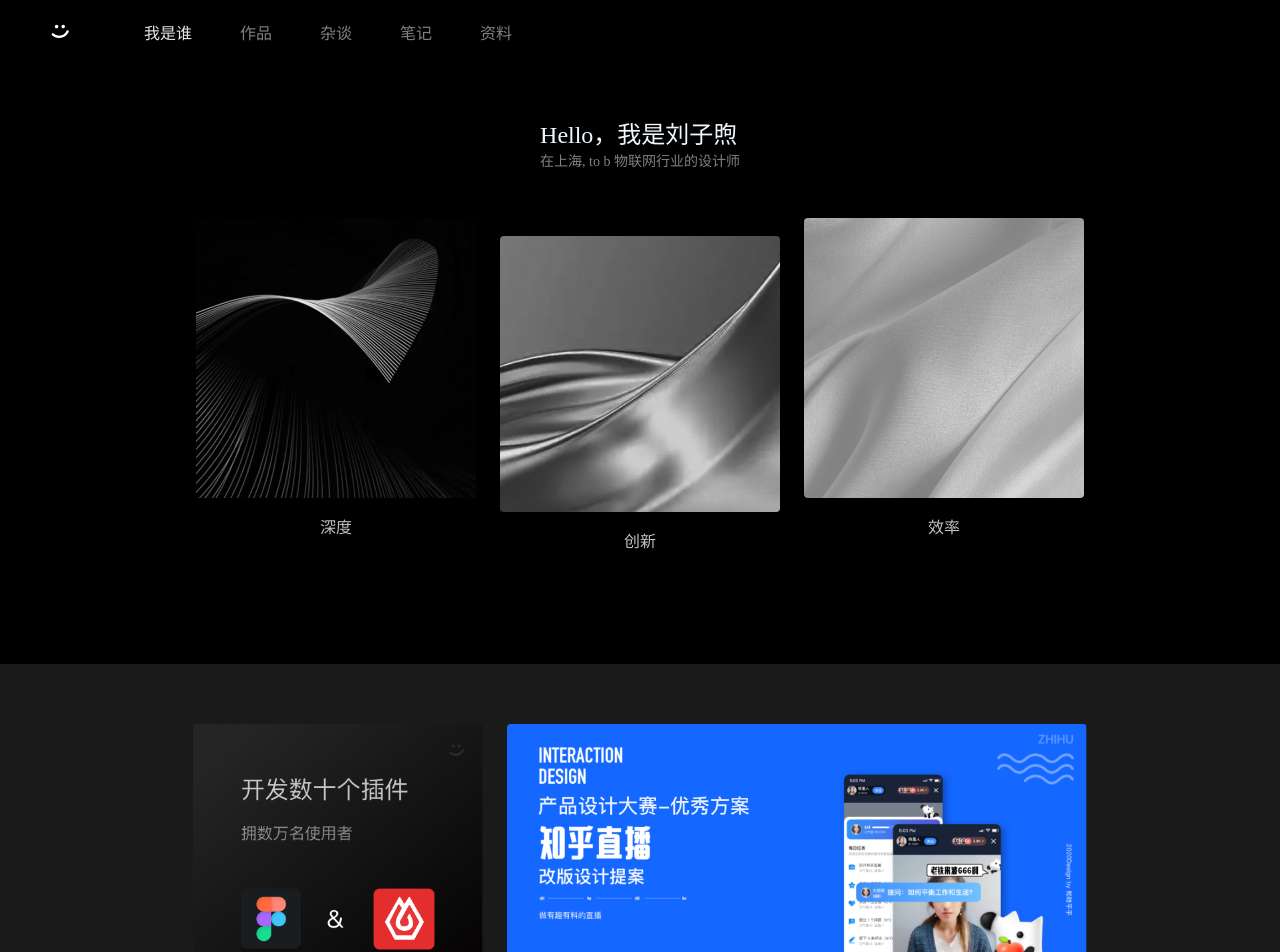
Repository: LiuZixu-aurelio/myblog-Vue
Page: /#/home/who
An editor plug-in stored every save of this project. The page is shown before and after the next save, followed by the edit.
The browser window is 1280 px wide. The pictures show the part of the page from y = 0 to 952 px (the page is 2936 px tall).
The project was rebuilt for these pictures with package versions that can differ from the ones it lists, and the page was loaded fresh each time. Also part of the build but not shown: vue.config.js, src/views/PreView.vue, src/components/cardCom.vue, src/views/project.vue, src/views/talk.vue, src/views/sign.vue, src/views/test.vue, src/components/detailCom.vue.

Above is the page before, as saved 2022-09-05 13:23:43.

### src/App.vue
<template>
  <div>
    <!-- <img id='cursor' src="../public/Frame9.png" alt="" /> -->
    <router-view></router-view>
  </div>
</template>

<script>
/* window.onmousemove = function (e) {
  // e是事件对象
  console.log(document.querySelector('img').style.left)
  document.querySelector('img').style.left = e.pageX + 20 + 'px'
  document.querySelector('img').style.top = e.pageY + 20 + 'px'
} */
</script>


<style lang="scss">
* {
    cursor:url('../public/Frame9.svg'), auto;;
  }

/* #cursor {
    position: absolute;
    left: 0;
    top: 0;
} */

body{
  padding: 0px;
  margin: 0px;
  height: auto;
}
.hairlines{
  padding: 0px;
  margin: 0px;
}
#app{
  height: auto;
}

#pre {
  background-color: #000000;
  height: 100vh;

  .liuzixu{
    color: aliceblue;
    padding: 24px;
  }

  .cont{
    color: aliceblue;
    width: 100%;
    text-align: center;
    position: relative;
    top: 100px;
    z-index: 1;
  }

  .test {
  color:rgba(255, 255, 255, 0.5);
  z-index: 1;
  text-align: center;
  position: relative;
  bottom: -150px;
  width: auto;
  height: auto;
  cursor: default;
  font-size: 12px;
  }

  #start{
    width: 74px;
    height: 36px;
    border-radius: 18px;
    border: 1px solid white;
    color: white;
    background: none;
    font-size: 16px;
    margin: 16px 56px;
    position:static;
  }

  #start:hover{
    color: rgb(0,0,0 );
    background: white;
  }
}

.home{
  background-color: rgb(244, 246, 255);
  height: auto;

  .nav {
      background-color: black;
      height: 67px;
      line-height: 67px;
    img {
      margin: 0px 24px;
      position: relative;
      top: 4px;
    }

    .navkuaiu{
      margin: 0px 24px;
      color: rgba(255, 255, 255, 0.5);
      text-decoration: none;
      &.router-link-exact-active{
       color: rgba(255, 255, 255, 0.9);
    }
    }
    .navkuaiu:hover{
      font-size: 16px;
      color: rgba(255, 255, 255, 0.9);
      font-weight: 500;
    }

  }
  .color1{
    background-color: #000
  }

  .color2{
    background-color: rgb(244, 246, 255)
  }

  .whoheigt{height:94vh;

    .whocont{
      width: 92%;
      margin: auto;
      height: 90%;
      text-align: center;
    }

    .whodiv{
      display: inline-block;
      margin: 24px 24px 0px 24px;
      padding-bottom: 0px ;
      max-width: 80%;
      text-align: left;
      color: rgba(255, 255, 255, 0.75)
    }

    img{
      margin: 0px 24px;
      position: relative;
      top: 32px;
    }
  }
}

</style>

### src/router/index.js
import { createRouter, createWebHashHistory } from 'vue-router'
import HomeView from '../views/HomeView.vue'
import whoView from '../views/who.vue'
import PreView from '../views/PreView.vue'
import ProjectView from '../views/project.vue'
import TalkView from '../views/talk.vue'
import SignView from '../views/sign.vue'
import testQ from '../views/test.vue'

import DetailCom from '../components/detailCom.vue'

import { scard1, scard3 } from '../pages/zhihu.js'
import { scard1t, scard3t } from '../pages/talk-ux.js'
import { scardInfor1, scardInfor3 } from '../pages/infor.js'
import { extest1, extest3 } from '../pages/testhub.js'
import { button1, button3 } from '../pages/c-button'
import { signProduct1, signProduct3 } from '../pages/sign-product.js'
import { signBlender1, signBlender3 } from '../pages/sign-blender.js'
import { talkResponsive1, talkResponsive3 } from '../pages/talk-responsive.js'
import { signSAP1, signSAP3 } from '../pages/sign-sap.js'
import { signSalesforce1, signSalesforce3 } from '../pages/sign-salesforce.js'






const routes = [
  {
    path: '/', redirect: '/pre'
  },
  {
    path: '/pre',
    name: 'pre',
    component: PreView
  },
  {
    path: '/home',
    name: 'home',
    component: HomeView,
    children: [
      {
        path: '/home/who',
        name: 'homewho',
        component: whoView
      },
      {
        path: '/home/project',
        name: 'project',
        component: ProjectView,
      },
      {
        path: '/home/project/ZHIHU',
        name: 'ZHIHU',
        props: { na:scard1,im:scard3 },
        component: DetailCom
      },
      {
        path: '/home/project/test',
        name: 'testhub',
        props: { na:extest1,im:extest3 },
        component: DetailCom,
      },
      {
        path: '/home/project/infor',
        name: 'infor',
        props: { na:scardInfor1,im:scardInfor3 },
        component: DetailCom,
      },
      {
        path: '/home/talk',
        name: 'talk',
        component: TalkView,
      },
      {
        path: '/home/talk/DetailYHTYQT',
        name: 'Detail',
        props: { na:scard1t,im:scard3t },
        component: DetailCom
      },
      {
        path: '/home/talk/cbutton',
        name: 'cbutton',
        props: { na:button1,im:button3 },
        component: DetailCom
      },
      {
        path: '/home/talk/talk-responsive',
        name: 'talk-responsive',
        props: { na:talkResponsive1,im:talkResponsive3 },
        component: DetailCom
      },
      {
        path: '/home/sign',
        name: 'sign',
        component: SignView
      },
      {
        path: '/home/sign/sign-sap',
        name: 'sign-sap',
        props: { na:signSAP1,im:signSAP3 },
        component: DetailCom
      },
      {
        path: '/home/sign/sign-salesforce',
        name: 'sign-salesforce',
        props: { na:signSalesforce1,im:signSalesforce3 },
        component: DetailCom
      },
      {
        path: '/home/sign/sign-product',
        name: 'sign-product',
        props: { na:signProduct1,im:signProduct3 },
        component: DetailCom
      },
      {
        path: '/home/sign/sign-blender',
        name: 'sign-blender',
        props: { na:signBlender1,im:signBlender3 },
        component: DetailCom
      }
    ]
  },

  {
    path: '/testQ',
    name: 'testQ',
    component: testQ
  }
]

const router = createRouter({
  history: createWebHashHistory(),
  routes
})

export default router

### src/views/HomeView.vue
<template>
  <div class="home">
        <div class="nav">
            <router-link to="/" class="navkuaiu">
              <img src="../assets/smal-logo.png">
            </router-link>
            <router-link to="/home/who" class="navkuaiu">我是谁</router-link>
            <router-link to="/home/project" class="navkuaiu">作品</router-link>
            <router-link to="/home/talk" class="navkuaiu" v-if="'/home/talk'!=undefined">杂谈</router-link>
            <router-link to="/home/sign" class="navkuaiu">笔记</router-link>
            <a href="https://liuzixu-aurelio.github.io/designcollection/" class="navkuaiu" target="_blank">资料</a>
        </div>
        <router-view></router-view>
      <div></div>
  </div>
</template>

<script>

export default {
  name: 'HomeView',
  components: {}
}
</script>

<style>

</style>

### src/views/who.vue
<template>
<div id="who">
  <div class="title">
    Hello，我是刘子煦
    <div>在上海, to b 物联网行业的设计师</div>
  </div>
  <div id="character">
    <div>
      <div id="a1"></div>
      <p>深度</p>
    </div>
    <div>
      <div class="menban">asdasd</div>
      <div id="b1"></div>
      <p>创新</p>
    </div>
    <div>
      <div id="c1"></div>
      <p>效率</p>
    </div>
  </div>
  <div class="project">
    <div>
      <div id="a2"></div>
      <div id="b2"></div>
    </div>
    <div>
      <div id="a3"></div>
      <div id="b3"></div>
    </div>
    <div>
      <div id="a4"></div>
      <div id="b4"></div>
    </div>
    <div>
      <div id="a5"></div>
    </div>
  </div>
  <div id="tedian">
    <div class="title">与众不同</div>
    <div id="tedian2">
      <div class="tedian4">
        <div>左手设计</div>
        <ul>1.asdasd</ul>
        <ul>2.asdasd</ul>
        <ul>3.asdasd</ul>
      </div>
      <div class="divline"></div>
      <div class="tedian3">
        <div>右手技术</div>
        <ul>1.asdasd</ul>
        <ul>2.asdasd</ul>
        <ul>3.asdasd</ul>
      </div>
    </div>
  </div>
  <div class="project">
    <div class="title">联系方式</div>
    <div id="tedian2">
      <div class="tedian4">
        <div>Email：liuzixuitalia@163.com</div>
        <div>Wechat：398488080</div>
        <div>phone：17621616651</div>
      </div>
      <div class="divline"></div>
      <div class="tedian3">
        <div id="erweima"></div>
      </div>
    </div>
  </div>
</div>

</template>

<script>


export default {
  name: "whoView",
  components: {},
  mounted(){

  },
  methods: {
  },
  data() {
  },
};
</script>

<style>
#who {
  background-color: rgb(0, 0, 0);
  height: auto;
  display: flex;
  align-items: center;
  flex-wrap: wrap;
  flex-direction: column
}
.title {
  display: block;
  color: aliceblue;
  justify-content: center;
  align-items: center;
  margin: 48px 0px 0px 0px;
  font-size: 24px;
  flex-wrap: wrap

}
.title>div{
  font-size: 14px;
  color: rgba(255, 255, 255, 0.5);
}

#character {
  display: flex;
  margin: 48px 0px;
}

#character>div {
  width: 280px;
  height: 350px;
  margin: 0px 12px;
  display: flex;
  flex-direction: column;
  align-items: center
}
#character>div>p {
  color:rgba(255, 255, 255, 0.75);

}
.menban {
  visibility:hidden;
}
.menban:hover {
  visibility:visible;
  width: 280px;
  height: 280px;
  border-radius: 4px;
  background: rgba(0, 0, 0, 0.5);
  backdrop-filter: blur(16px);
  z-index: 2;
  color: #fff;
  position:absolute;
}
#a1 {
  width: 280px;
  height: 280px;
  background-image: url('../assets/who/c2.png');
  background-size: 300px 300px;

}
#b1 {
  width: 280px;
  height: 280px;
  background-image: url('../assets/who/c3.png');
  background-size: 300px 300px;
  border-radius: 4px;
  /* opacity:0.5; */

}
#c1 {
  width: 280px;
  height: 280px;
  background-image: url('../assets/who/c1.png');
  background-size: 300px 300px;
  border-radius: 4px;
}

.project {
  background-color: rgba(255, 255, 255, 0.1);
  display: flex;
  flex-direction: column;
  width: 100%;
  padding: 48px 0px;
  margin: 48px 0px;
}

.project>div {
  height: auto;
  margin: 12px 0px;
  display: flex;
  justify-content: center;
}

#a2 {
  background-image: url('../assets/who/p1.png');
  background-size: 290px 300px;
  border-radius: 4px;
  width: 290px;
  height: 300px;
}
#b2 {
  margin-left: 24px;
  background-image: url('../assets/who/p2.png');
  background-size: 580px 300px;
  border-radius: 4px;
  width: 580px;
  height: 300px;
}
#a3 {
  background-image: url('../assets/who/p3.png');
  background-size: 435px 300px;
  border-radius: 4px;
  width: 435px;
  height: 300px;
}
#b3 {
  margin-left: 24px;
  background-image: url('../assets/who/p4.png');
  background-size: 435px 300px;
  border-radius: 4px;
  width: 435px;
  height: 300px;
}
#a4 {
  background-image: url('../assets/who/p5.png');
  width: 580px;
  height: 300px;
}
#b4 {
    margin-left: 24px;
    background-image: url('../assets/who/p6.png');
  width: 290px;
  height: 300px;
}
#a5 {
    background-image: url('../assets/who/p7.png');
  width: 894px;
  height: 300px;
}

#tedian {
  margin-bottom: 48px;
  display: flex;
  flex-direction: column;
  align-items: center
}
#tedian2 {
  display: flex;
  margin-top: 48px;
}
.tedian3 {
  /* border: 1px solid red; */
  width: 380px;
  margin: 0px 32px;
}
.tedian3>div {
  color: #fff;
  font-size: 16px;
  margin: 8px 16px 24px 16px;
}
.tedian3>ul {
  color: rgba(255, 255, 255, 0.5);
  padding: 0px;
  margin: 16px 16px;
}
.divline {
  width: 1px;
  height: 10rem;
  margin: 0px 0px;
  background-color: rgba(255, 255, 255, 0.15);
}
.tedian4 {
  /* border: 1px solid red; */
  width: 380px;
  margin: 0px 32px;
}
.tedian4>div {
  color: #fff;
  font-size: 16px;
  margin: 8px 16px 24px 16px;
  text-align: right;
}
.tedian4>ul {
  color: rgba(255, 255, 255, 0.5);
  padding: 0px;
  margin: 16px 16px;
  text-align: right;
}



#erweima {
  width: 150px;
  height: 150px;
  background-image: url('../assets/who/wc.png');
  background-size: 150px 150px
}
</style>

### src/pages/c-button.js
const button1 = '组件-按钮的剖析'

const aa = require("/src/assets/button.png")
const ab = 'url(' + aa +')'
const button2 = {backgroundImage: ab}

const button4 = '/home/talk/cbutton'

const a0 = require('/src/assets/button.png')
const a = require('/src/assets/button1.png')
const a1 = require('/src/assets/button2.png')
const a2 = require('/src/assets/button3.png')
const a3 = require('/src/assets/button4.png')
const a4 = require('/src/assets/button5.png')
const a5 = require('/src/assets/button6.png')
const a6 = require('/src/assets/button7.png')
const a7 = require('/src/assets/button8.png')
const button3 = [a0,a,a1,a2,a3,a4,a5,a6,a7]

export { button1 } // 标题
export { button2 } // 卡片背景
export { button3 } // 页面内容
export { button4 } // 路径

### src/pages/sign-product.js
const signProduct1 = '笔记-产品书籍&讲座'

const aa = require("/src/assets/sign/sign-product.png")
const ab = 'url(' + aa +')'
const signProduct2 = {backgroundImage: ab}

const signProduct4 = '/home/sign/sign-product'

const a0 = require('/src/assets/sign/sign-product.png')
const a = require('/src/assets/sign/sign-product1.png')
const a1 = require('/src/assets/sign/sign-product2.png')
const a2 = require('/src/assets/sign/sign-product3.png')
const signProduct3 = [a0,a,a1,a2]

export { signProduct1 } // 标题
export { signProduct2 } // 卡片背景
export { signProduct3 } // 页面内容
export { signProduct4 } // 路径

### src/pages/sign-blender.js
// 1.设置本页
// 2.配置路由
// 3.放入列表页

const signBlender1 = '笔记-blender'

const aa = require("/src/assets/sign/sign-blender.png")
const signBlender2 = {backgroundImage: 'url(' + aa +')'}

const signBlender3 =[
    require('/src/assets/sign/sign-blender.png'),
    require('/src/assets/sign/sign-blender1.png'),
    require('/src/assets/sign/sign-blender2.png'),
    require('/src/assets/sign/sign-blender3.png'),
    require('/src/assets/sign/sign-blender4.png'),
    require('/src/assets/sign/sign-blender5.png')
]

const signBlender4 = '/home/sign/sign-blender'

export { signBlender1 } // 标题
export { signBlender2 } // 卡片背景
export { signBlender3 } // 页面内容
export { signBlender4 } // 路径

### src/pages/talk-responsive.js
// 1.设置本页
// 2.配置路由
// 3.放入列表页

const talkResponsive1 = '组件-布局响应式'

const aa = require("/src/assets/talk/talk-responsive.png")
const talkResponsive2 = {backgroundImage: 'url(' + aa +')'}

const talkResponsive3 =[
    require('/src/assets/talk/talk-responsive.png'),
    require('/src/assets/talk/talk-responsive1.png'),
    require('/src/assets/talk/talk-responsive2.png'),
    require('/src/assets/talk/talk-responsive3.png'),
    require('/src/assets/talk/talk-responsive4.png')
]

const talkResponsive4 = '/home/talk/talk-responsive'

export { talkResponsive1 } // 标题
export { talkResponsive2 } // 卡片背景
export { talkResponsive3 } // 页面内容
export { talkResponsive4 } // 路径

### src/pages/sign-sap.js
const signSAP1 = '笔记-SAP设计系统'

const aa = require("/src/assets/sign/sign-sap.png")
const ab = 'url(' + aa +')'
const signSAP2 = {backgroundImage: ab}

const signSAP4 = '/home/sign/sign-sap'

const signSAP3 =[
    require('/src/assets/sign/sign-sap.png'),
    require('/src/assets/sign/sign-sap1.png'),
    require('/src/assets/sign/sign-sap2.png'),
    require('/src/assets/sign/sign-sap3.png'),
    require('/src/assets/sign/sign-sap4.png'),
    require('/src/assets/sign/sign-sap5.png'),
    require('/src/assets/sign/sign-sap6.png')
]

export { signSAP1 } // 标题
export { signSAP2 } // 卡片背景
export { signSAP3 } // 页面内容
export { signSAP4 } // 路径

### src/pages/sign-salesforce.js
// 1.设置本页
// 2.配置路由
// 3.放入列表页

const signSalesforce1 = '设计系统-salesforce'

const aa = require("/src/assets/sign/sign-salesforce.png")
const signSalesforce2 = {backgroundImage: 'url(' + aa +')'}

const signSalesforce3 =[
    require('/src/assets/sign/sign-salesforce.png'),
    require('/src/assets/sign/sign-salesforce1.png'),
    require('/src/assets/sign/sign-salesforce2.png'),
    require('/src/assets/sign/sign-salesforce3.png'),
    require('/src/assets/sign/sign-salesforce4.png'),
    require('/src/assets/sign/sign-salesforce5.png'),
    require('/src/assets/sign/sign-salesforce6.png'),
    require('/src/assets/sign/sign-salesforce7.png')
]

const signSalesforce4 = '/home/sign/sign-salesforce'

export { signSalesforce1 } // 标题
export { signSalesforce2 } // 卡片背景
export { signSalesforce3 } // 页面内容
export { signSalesforce4 } // 路径

Loaded but not shown: public/index.html (common file); src/main.js (common file); src/pages/infor.js (no copy from this time; the picture is the same without it); src/pages/talk-ux.js (no copy from this time; the picture is the same without it); src/pages/testhub.js (no copy from this time; the picture is the same without it); src/pages/zhihu.js (no copy from this time; the picture is the same without it)

After the next save:
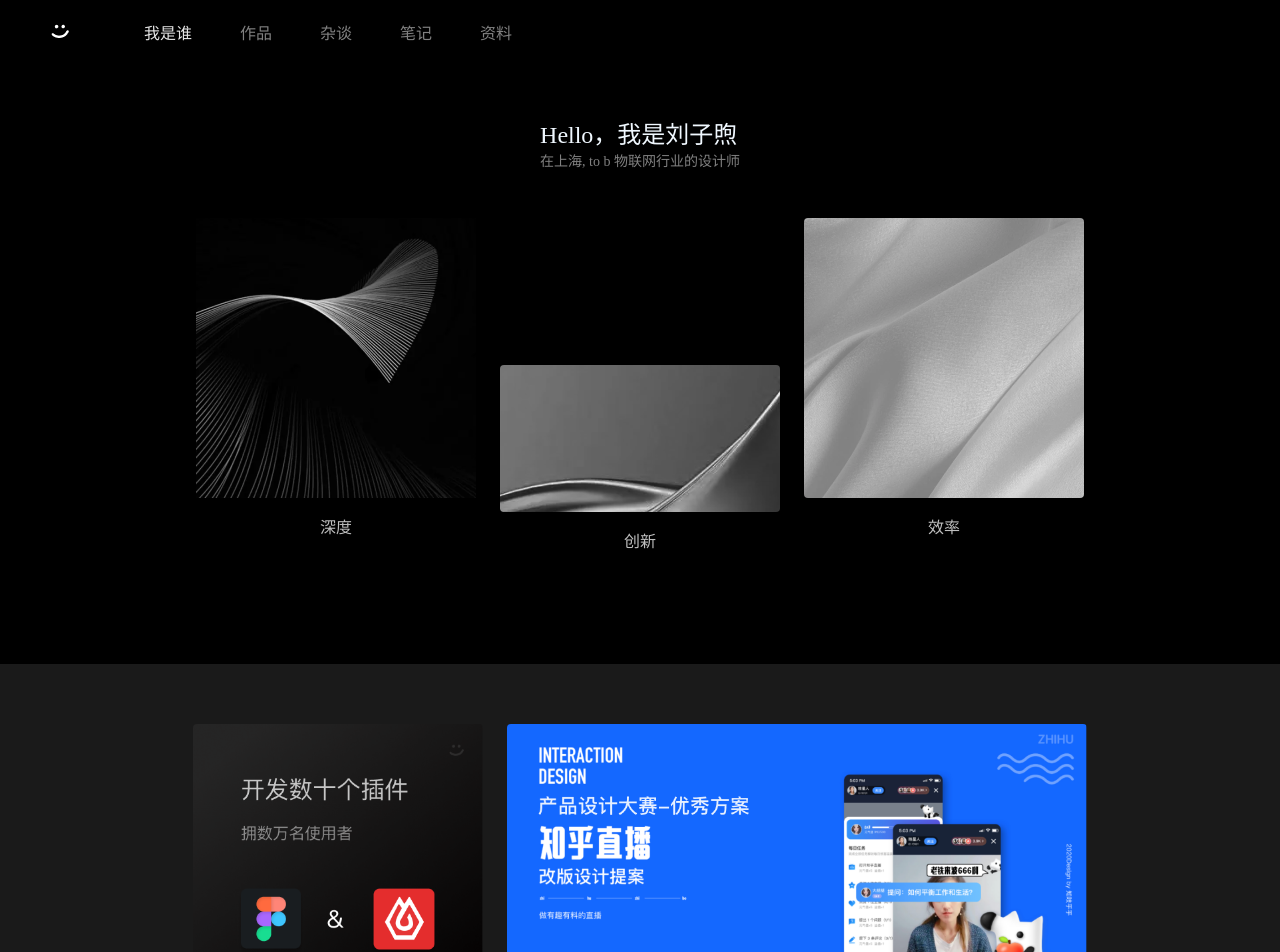
Saved 15 s later.
--- a/src/views/who.vue
+++ b/src/views/who.vue
@@ -131,12 +131,13 @@
 }
 .menban {
   visibility:hidden;
+  width: 280px;
+  height: 280px;
+  border-radius: 4px;
 }
 .menban:hover {
   visibility:visible;
-  width: 280px;
-  height: 280px;
-  border-radius: 4px;
+
   background: rgba(0, 0, 0, 0.5);
   backdrop-filter: blur(16px);
   z-index: 2;
